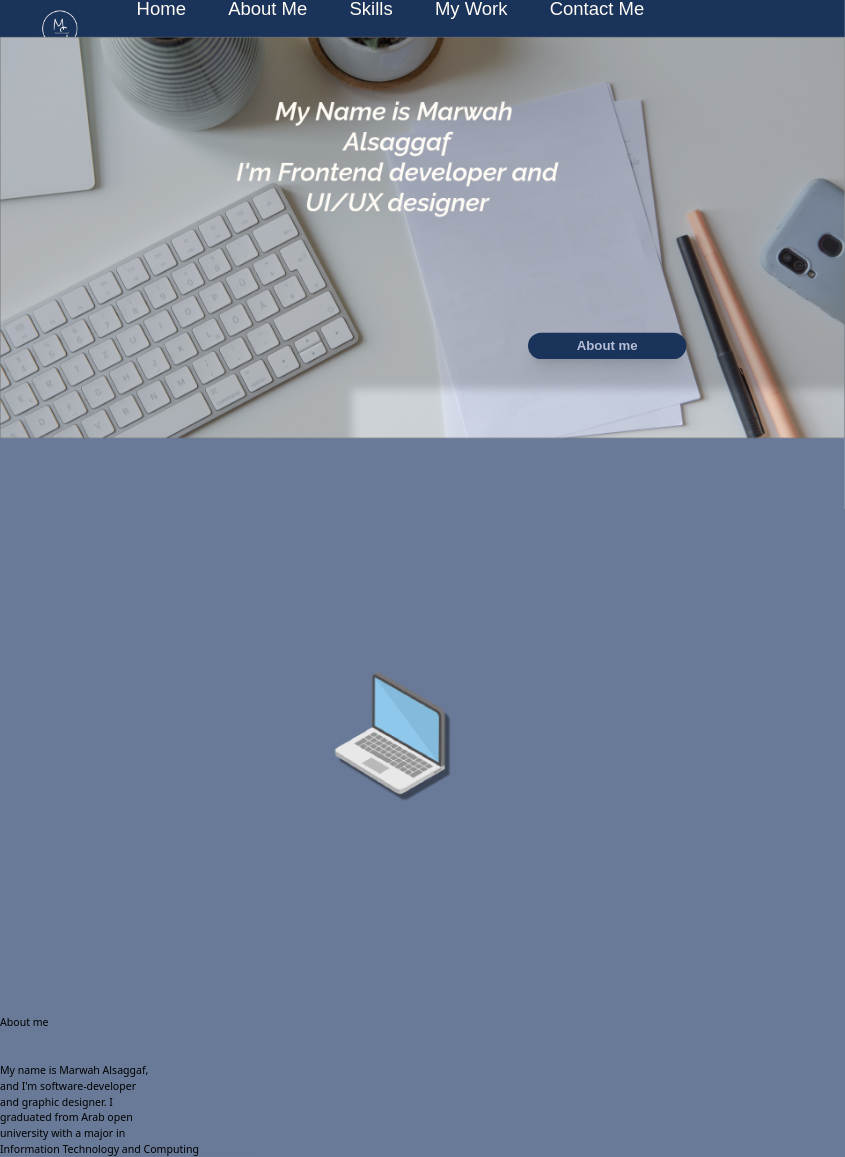
Repository: MEROO1010/my_portfolio
Page: /
An editor plug-in stored every save of this project. The page is shown before and after the next save, followed by the edit.
The browser window is 1280 px wide. The pictures show the whole page, at 66% of full size.
The project was rebuilt for these pictures with package versions that can differ from the ones it lists, and the page was loaded fresh each time. The framework's server and built-in components were replaced by stand-ins that run in the browser. Also part of the build but not shown: next.config.js.

Above is the page before, as saved 2023-03-10 02:13:49.

### pages/_app.tsx
import '../styles/globals.css'
import type { AppProps } from 'next/app'
import 'tailwindcss/tailwind.css'


function MyApp({ Component, pageProps }: AppProps) {
  return <Component {...pageProps} />
}

export default MyApp

### pages/index.tsx
import type { NextPage } from 'next'
import AboutMe from './components/AboutMe'
import HomePage from './components/HomePage'

const Home: NextPage = () => {
  return (
    <div>
      <HomePage/>
      <AboutMe/>
    </div>
  )
}

export default Home

### styles/globals.css
@tailwind base;
@tailwind components;
@tailwind utilities;
@import url('https://fonts.googleapis.com/css2?family=Raleway:ital,wght@0,400;0,500;0,600;0,700;1,500;1,600&display=swap')

### pages/components/AboutMe.tsx
import React from 'react'
import Image from 'next/image'


const AboutMe = () => {
  return (
    <div className="bg-[#697A98]  ">

        <div className=" relative px-44 py-80 my-80 mx-40 left-40 top-80">
        <Image src="/assets/images/laptop-screen.png" alt="laptop" width={200} height={10}/>
        </div>


        <div>
            <h1>About me</h1>
            <br/><br/>
            <p>
            My name is Marwah Alsaggaf,<br/> and I'm software-developer <br/>
            and graphic designer. I <br/>
            graduated from Arab open <br/> university with a major in
             <br/> Information Technology and Computing
            </p>
        </div>

    </div>
  )
}

export default AboutMe

### pages/components/HomePage.tsx
import React from 'react'
import Image from 'next/image'


const HomePage = () => {
  return (
    <div className='bg-slate-700'>
        <Image src="/header.png" alt="Header" width={2000} height={0}/>

        <div className='mx-16 my-0 top-4  absolute	  '>
        <Image src="/my_logo_white.png" alt="My Logo" width={54} height={0}/>
        </div>

        <div>
          <ul className=' relative   float-right flex flex-col  px-8 mx-40 right-28   bottom-16   space-x-16 md:flex-row text-[#FFFCF6] text-[28px] font-raleway'>
            <li>Home</li>
            <li>About Me</li>
            <li>Skills</li>
            <li>My Work</li>
            <li>Contact Me</li>
          </ul>
        </div>


       <div className=' absolute   py-0'>
       <Image src="/assets/images/MainPage.png" alt="main image" width={1920} height={912}/>
        {/*add About Me button*/}
       <div className='absolute px-60 my-80 mx-60 left-80 top-32 '>
       <button className='bg-[#19335A] rounded-3xl w-60 h-10  text-[20px] text-[#B8BFD6] font-raleway font-semibold shadow-xl' >About me</button>
       </div>

        {/*add my others accounts list*/}

        <div>
          <ul className=' absolute   float-right flex flex-col top-80 py-60 px-80 mx-80 left-32   space-x-8 md:flex-row '>
            <li><a href='https://github.com/MEROO1010'><Image src="/assets/images/github.png" alt="main image" width={54} height={54}/></a></li>
            <li><a href='https://www.instagram.com/meroo_alsaggaf/'><Image src="/assets/images/instagram.png" alt="main image" width={64} height={53}/></a></li>
            <li><a href='https://www.behance.net/merooalsaggaf'><Image src="/assets/images/behance.png" alt="main image" width={54} height={54}/></a></li>
            <li><a href='https://www.linkedin.com/in/marwah-alsaggaf-ba44011b2/'><Image src="/assets/images/linkedIn.png" alt="main image" width={54} height={54}/></a></li>
          </ul>
        </div>
       </div>






    </div>
  )
}

export default HomePage

### tailwind.config.js
/** @type {import('tailwindcss').Config} */
module.exports = {
   purge: ['./pages/**/*.{js,ts,jsx,tsx}', './components/**/*.{js,ts,jsx,tsx}'],
  content: [
    './pages/**/*.{js,ts,jsx,tsx}',
    './components/**/*.{js,ts,jsx,tsx}',
    './app/**/*.{js,ts,jsx,tsx}',
  ],
  theme: {
    extend:
    {
      fontFamily: {
        'raleway': ['Raleway', 'sans-serif']
      },
    },
  },
  plugins: [],
}

After the next save:
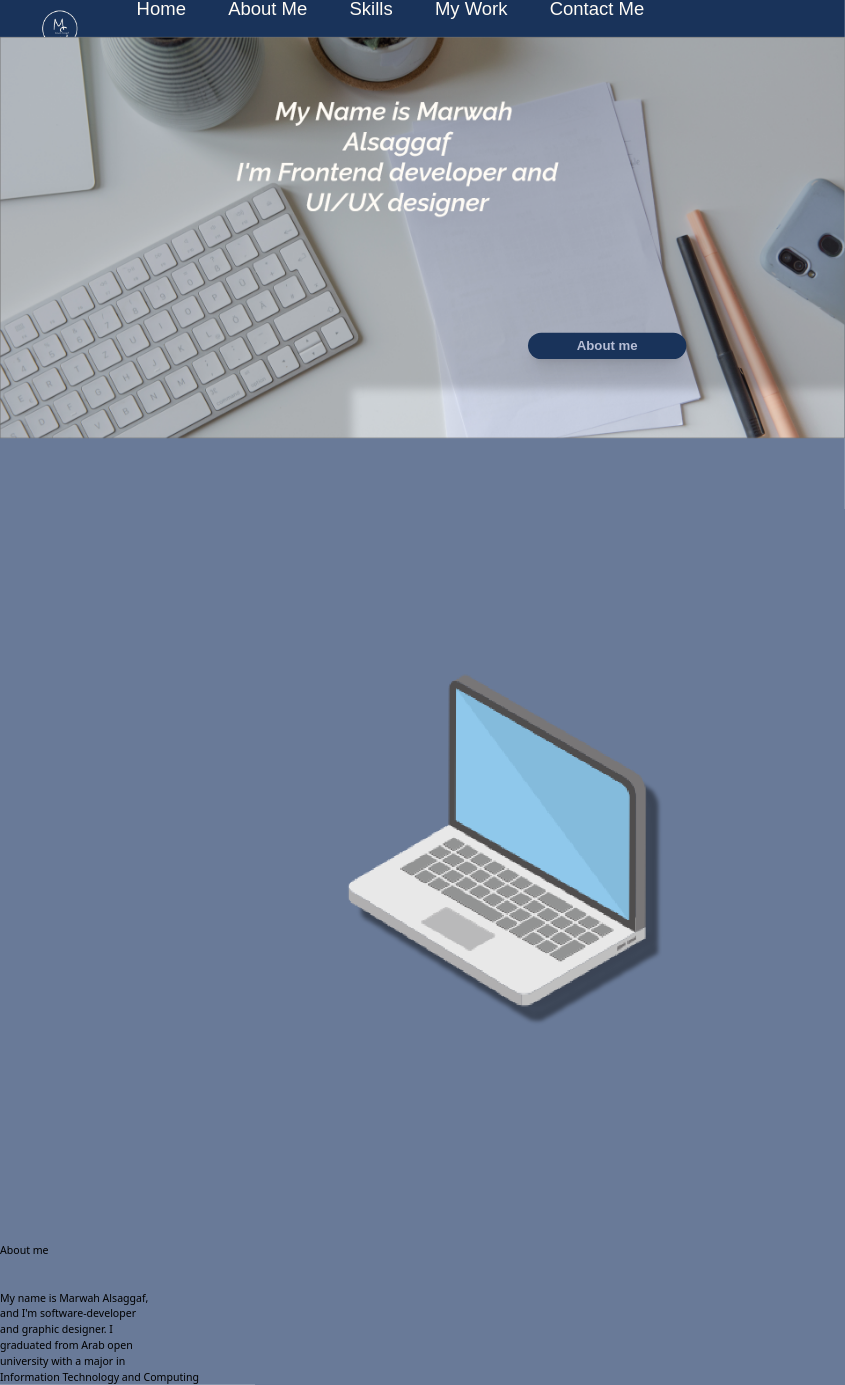
Saved 28 s later.
--- a/pages/components/AboutMe.tsx
+++ b/pages/components/AboutMe.tsx
@@ -7,7 +7,7 @@ const AboutMe = () => {
     <div className="bg-[#697A98]  ">
 
         <div className=" relative px-44 py-80 my-80 mx-40 left-40 top-80">
-        <Image src="/assets/images/laptop-screen.png" alt="laptop" width={200} height={10}/>
+        <Image src="/assets/images/laptop-screen.png" alt="laptop" width={542} height={542}/>
         </div>
 
 
